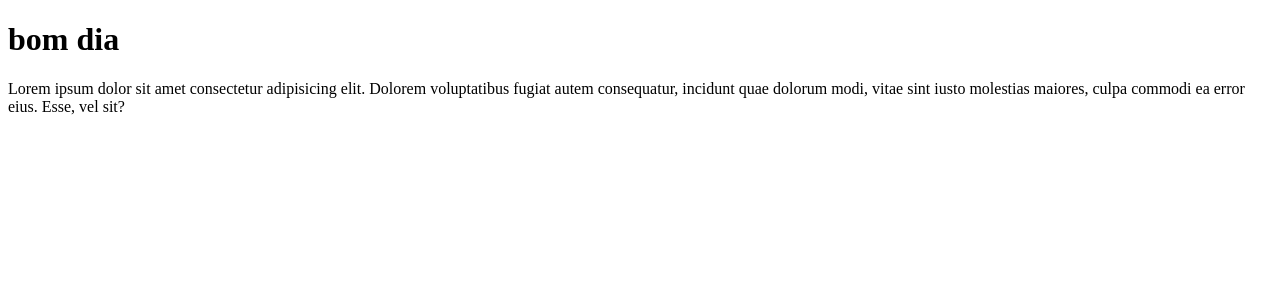
Repository: YuaneCastro/BOM_DIA
Page: SITE_EXEMPLO/INDEX.html
These files come from the project's save history. The page is drawn as it stood at one moment and after a run of saves; the edit follows.
The browser window is 1280 px wide. The pictures show the whole page.

Above is the page before, as saved 2025-08-13 14:28:15.

After the next 2 saves:
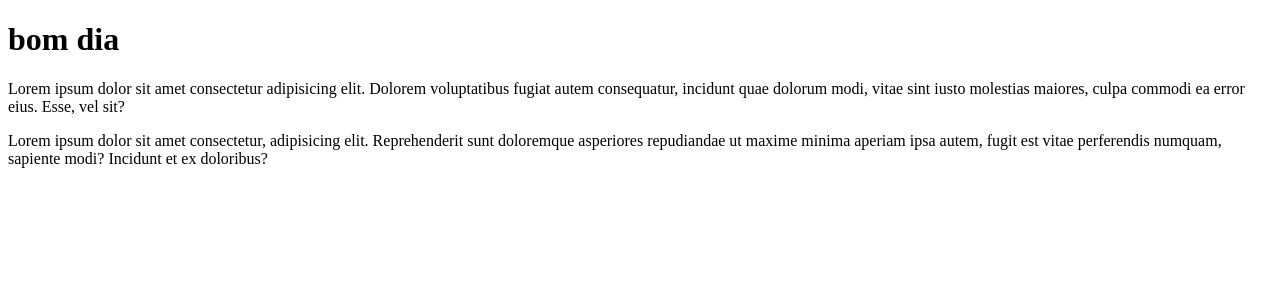
The 2 saves are shown as one change because they came seconds apart.
The last was saved 7 s later.
--- a/SITE_EXEMPLO/INDEX.html
+++ b/SITE_EXEMPLO/INDEX.html
@@ -8,6 +8,6 @@
 <body>
     <h1>bom dia </h1>
     <p>Lorem ipsum dolor sit amet consectetur adipisicing elit. Dolorem voluptatibus fugiat autem consequatur, incidunt quae dolorum modi, vitae sint iusto molestias maiores, culpa commodi ea error eius. Esse, vel sit? </p>
-
+    <p>Lorem ipsum dolor sit amet consectetur, adipisicing elit. Reprehenderit sunt doloremque asperiores repudiandae ut maxime minima aperiam ipsa autem, fugit est vitae perferendis numquam, sapiente modi? Incidunt et ex doloribus?</p>
 </body>
 </html>

After the 5 saves that followed:
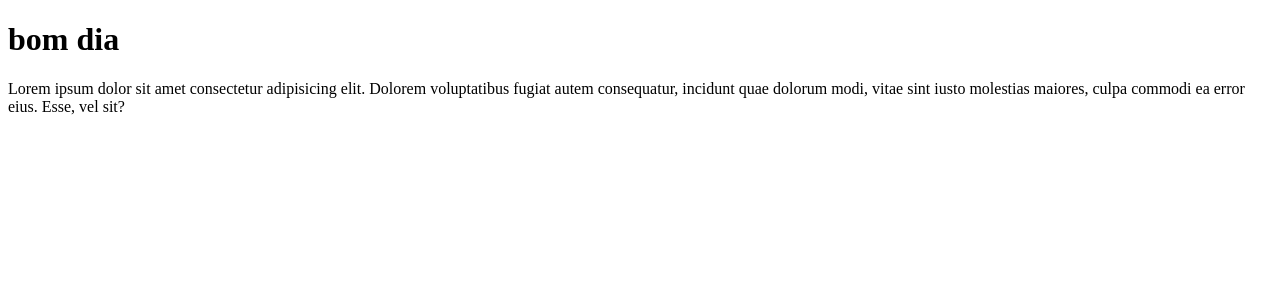
The 5 saves are shown as one change because they came seconds apart.
The last was saved 13 s later.
--- a/SITE_EXEMPLO/INDEX.html
+++ b/SITE_EXEMPLO/INDEX.html
@@ -8,6 +8,6 @@
 <body>
     <h1>bom dia </h1>
     <p>Lorem ipsum dolor sit amet consectetur adipisicing elit. Dolorem voluptatibus fugiat autem consequatur, incidunt quae dolorum modi, vitae sint iusto molestias maiores, culpa commodi ea error eius. Esse, vel sit? </p>
-    <p>Lorem ipsum dolor sit amet consectetur, adipisicing elit. Reprehenderit sunt doloremque asperiores repudiandae ut maxime minima aperiam ipsa autem, fugit est vitae perferendis numquam, sapiente modi? Incidunt et ex doloribus?</p>
+    <p></p>
 </body>
 </html>
